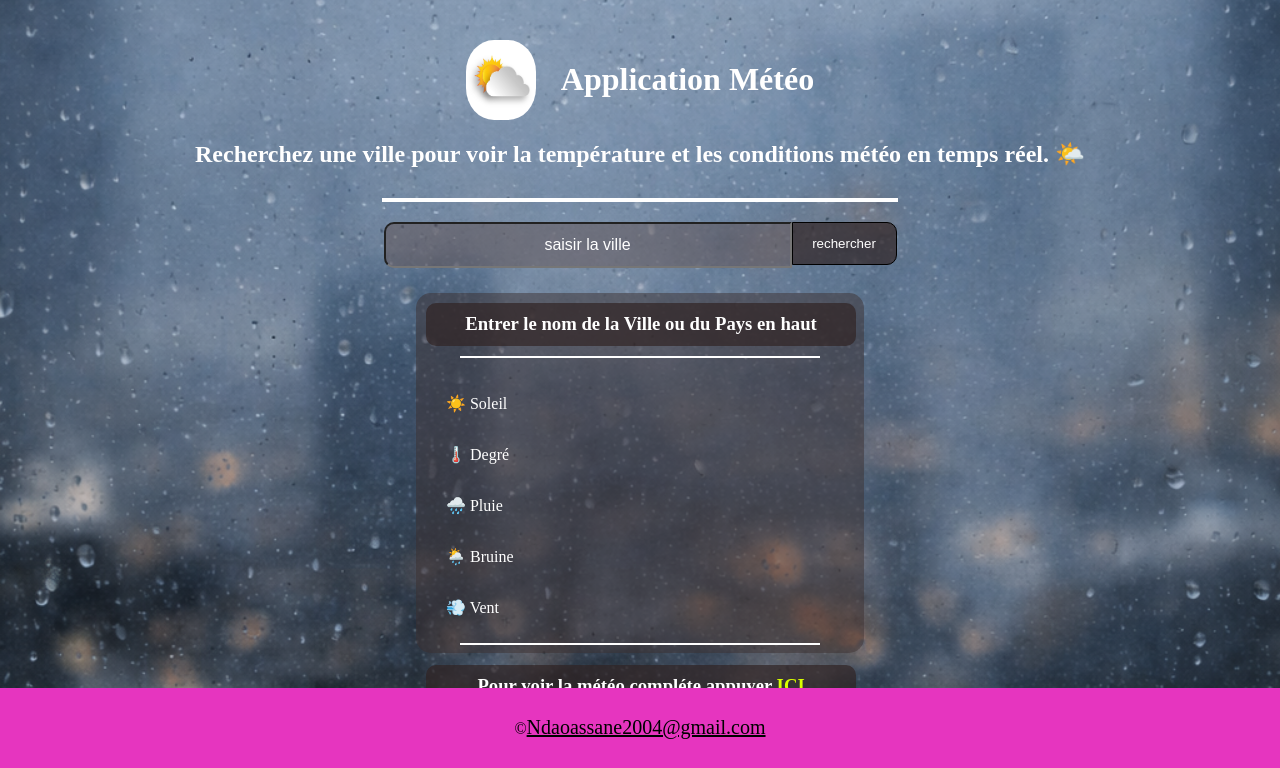
Repository: assanendao171/meteo
Page: index.html
The author's editor kept a copy of each file at every save. The page is drawn from the files as they stood at one save, then again after the next save.
The browser window is 1280 px wide. The pictures show the whole page.

Above is the page before, as saved 2026-03-16 13:41:51.

After the next save:
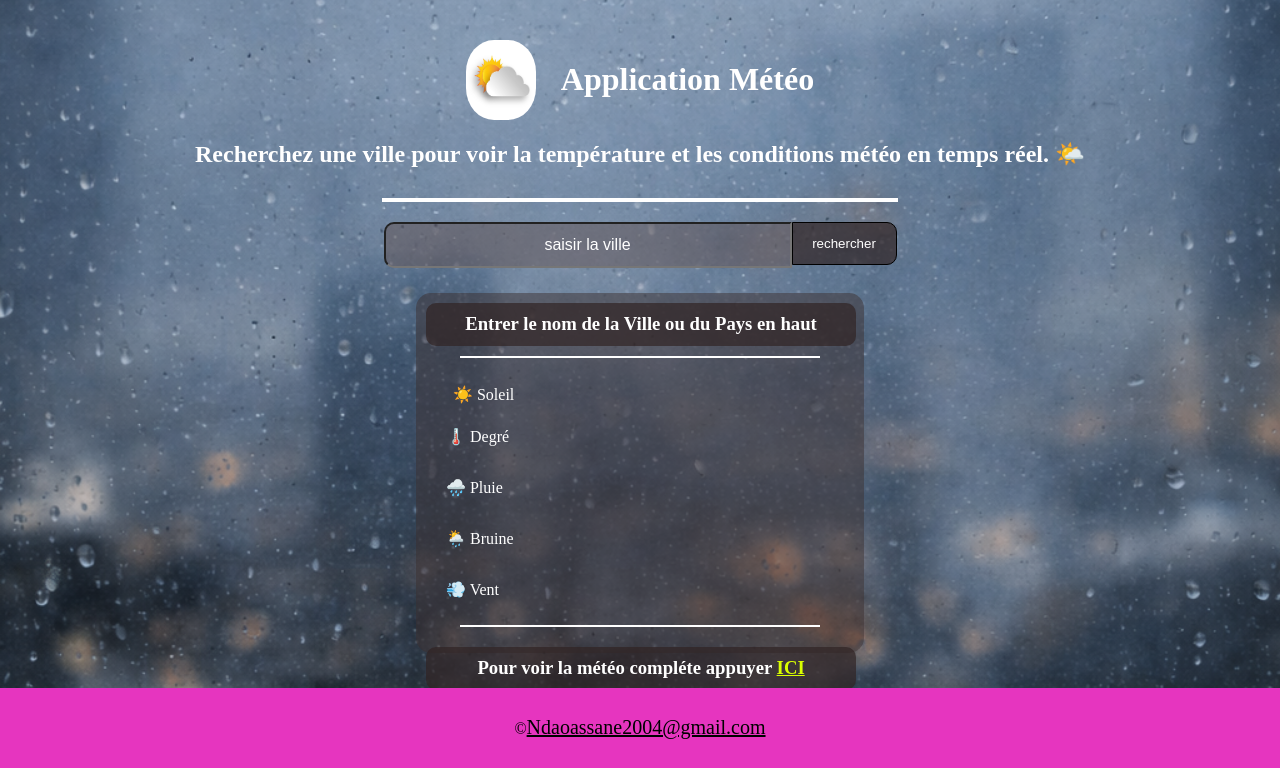
Saved 11 s later.
--- a/index.html
+++ b/index.html
@@ -25,7 +25,7 @@
         </div>
         <hr id="hr">
         <div id="stat">
-        <p id="Soleil">☀️ Soleil</p>
+        <p id="soleil">☀️ Soleil</p>
         <p id="Degre">🌡️ Degré</p >
         <p id="Pluie">🌧️ Pluie</p >
         <p id="Bruine">🌦️ Bruine</p >
